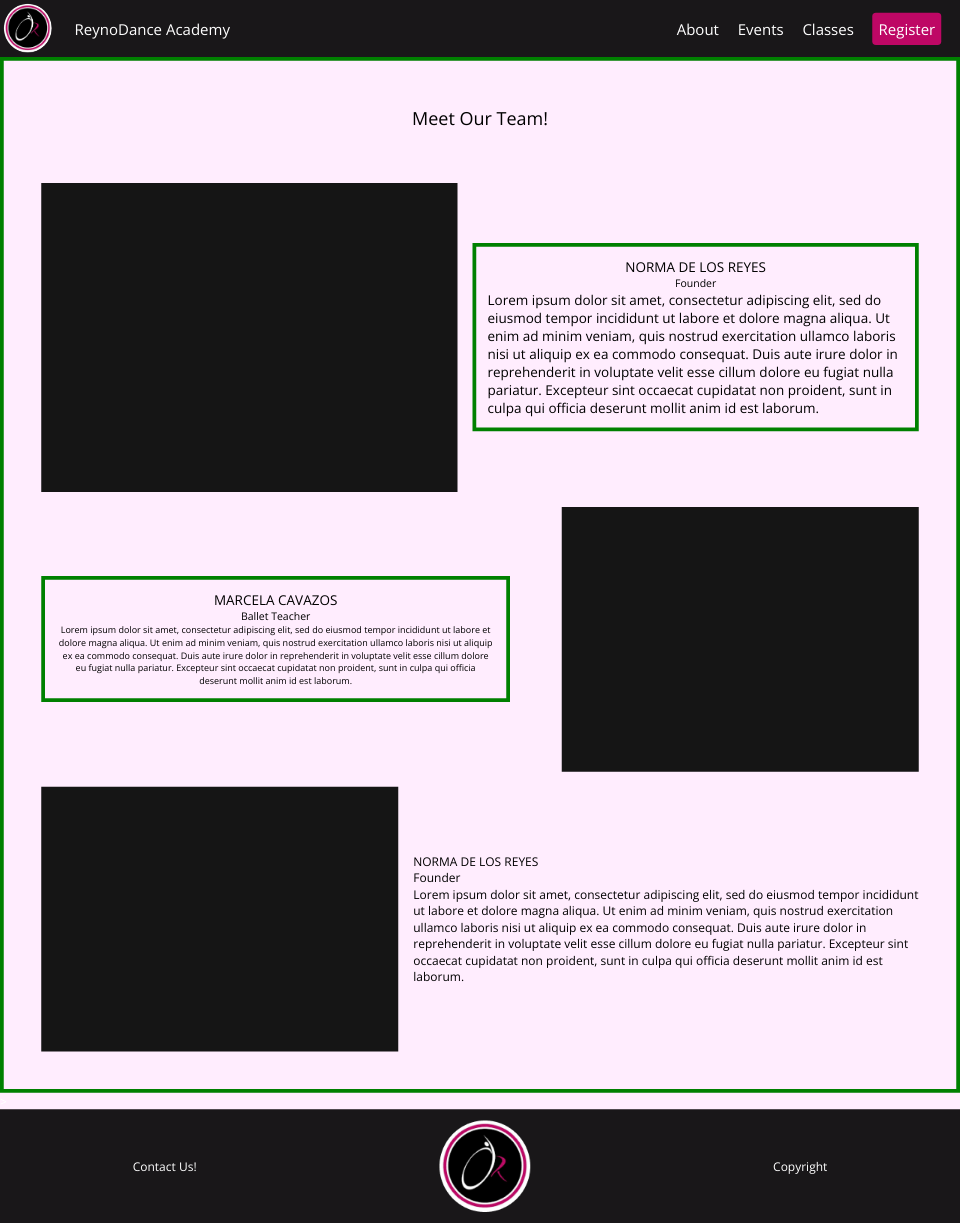
Repository: andreaelpz/reynodance-academy
Page: /about
The author's editor kept a copy of each file at every save. The page is drawn from the files as they stood at one save, then again after the next save.
The browser window is 1280 px wide. The pictures show the whole page, at 75% of full size.
The project was rebuilt for these pictures with package versions that can differ from the ones it lists, and the page was loaded fresh each time. Also part of the build but not shown: angular.json, src/app/classes/classes.component.ts, src/app/events/events.component.ts, src/app/sign-in/sign-in.component.ts, src/app/dashboard/dashboard.component.ts, src/app/home/home.component.ts, src/app/user/register/register.component.ts, src/app/login/login.component.ts.

Above is the page before, as saved 2024-11-18 21:11:46.

After the next save:
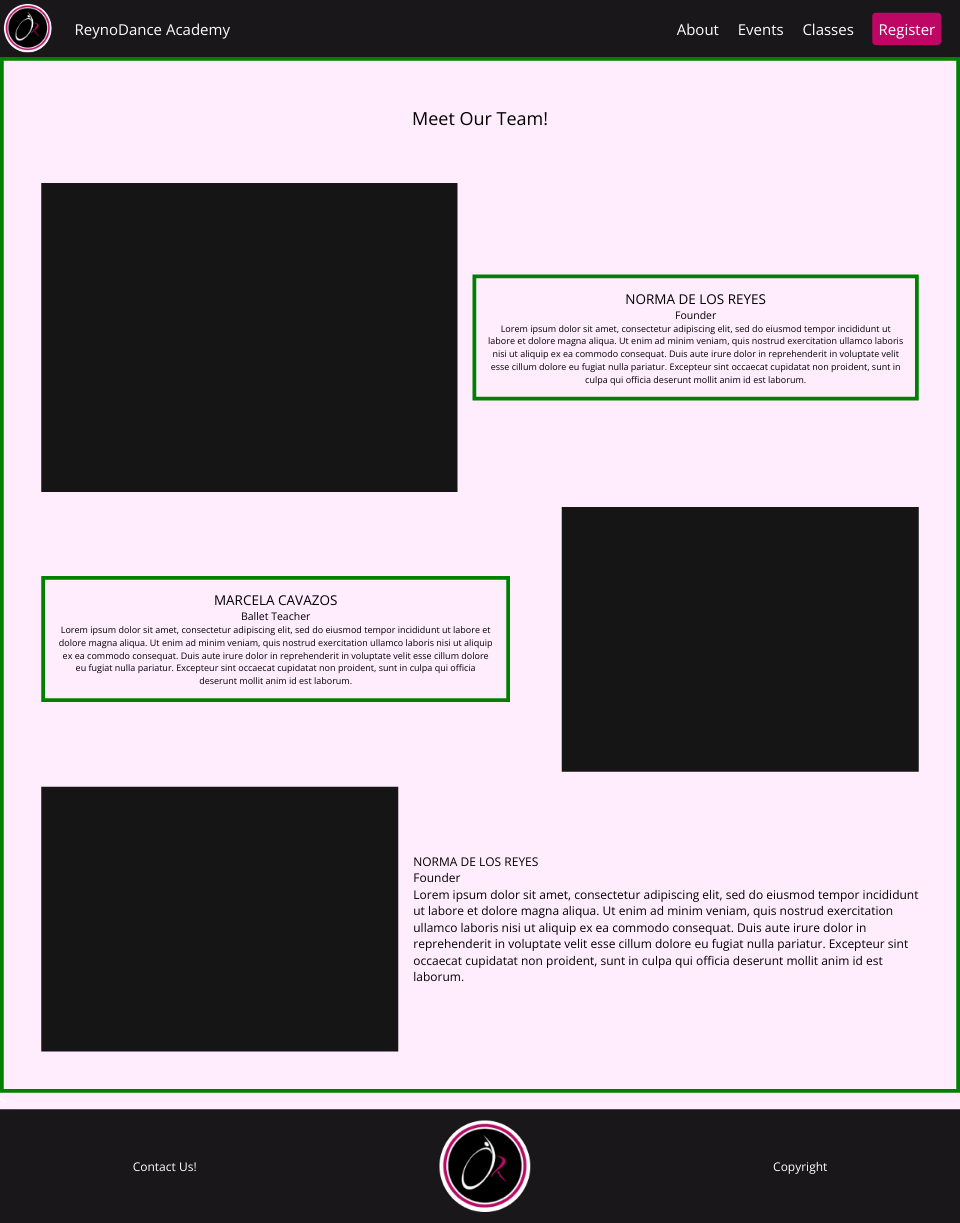
Saved 4 s later.
--- a/src/app/about/about.component.html
+++ b/src/app/about/about.component.html
@@ -4,7 +4,7 @@
         <img class = "teacherPhoto" src="/assets/images/norma.png">
         <div class = "teacherTitle">NORMA DE LOS REYES
             <div class = "teacherPos">Founder</div>
-            <div class = "normaInfo">Lorem ipsum dolor sit amet, consectetur adipiscing elit, sed do eiusmod tempor incididunt ut labore et dolore magna aliqua. Ut enim ad minim veniam, quis nostrud exercitation ullamco laboris nisi ut aliquip ex ea commodo consequat. Duis aute irure dolor in reprehenderit in voluptate velit esse cillum dolore eu fugiat nulla pariatur. Excepteur sint occaecat cupidatat non proident, sunt in culpa qui officia deserunt mollit anim id est laborum.</div>
+            <div class = "teacherInfo">Lorem ipsum dolor sit amet, consectetur adipiscing elit, sed do eiusmod tempor incididunt ut labore et dolore magna aliqua. Ut enim ad minim veniam, quis nostrud exercitation ullamco laboris nisi ut aliquip ex ea commodo consequat. Duis aute irure dolor in reprehenderit in voluptate velit esse cillum dolore eu fugiat nulla pariatur. Excepteur sint occaecat cupidatat non proident, sunt in culpa qui officia deserunt mollit anim id est laborum.</div>
         </div>
     </div>
 
